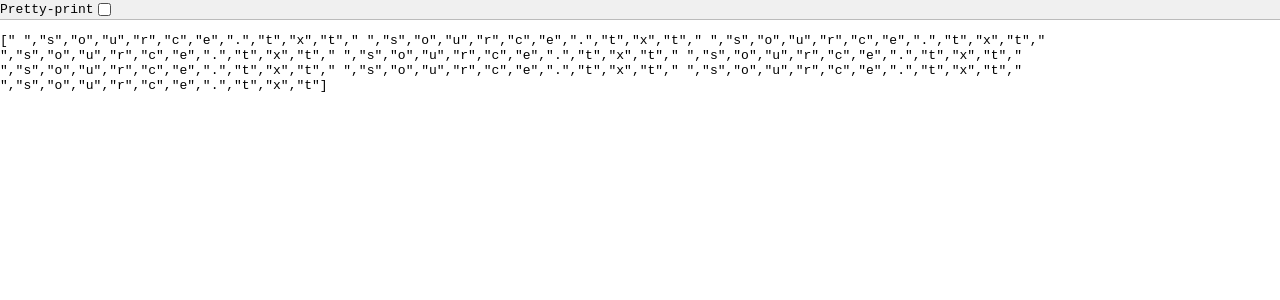
Repository: SamirIngley/CS1.2-Tweet-Gen
Page: http://localhost/
An editor plug-in stored every save of this project. The page is shown before and after the next save, followed by the edit.
The browser window is 1280 px wide. The pictures show the whole page.
The page is served by the project's application, run on Flask 3 (Code/app.py). Other server files are loaded and not shown.

Above is the page before, as saved 2020-02-06 11:23:08.

### Code/app.py

from flask import Flask
from stochastic import stoch
from sample import prob_sample
from histogram import list_hist, tuple_hist
from clean_text import clean
app = Flask(__name__)

@app.route('/')
def hello_world():
    num_words=10
    sentence=[]
    my_file=('source.txt')
    my_histogram=tuple_hist(my_file)
    for i in range(num_words):
        word = prob_sample(my_histogram)
        sentence += ' ' + word
    return sentence

### Code/histogram.py
from clean_text import clean
from benchmark import bench

def tuple_hist(source):
    ''' Fastest - tuples are immutable. List of tuples: [('hello', 3), ('what', 4)]
    Takes text. Stores each item in text, compares each item to the rest of the words in
    text and keeps a running total. Used list account for no repeats.
    '''
    histo = []
    used = []
    text = source.split()
    # text = clean(source)
    # print(text)

    for word in text:
        # see if we've used the word before
        counter = 0
        if word in used:
            continue

        used.append(word)
        for word2 in text:
            if word == word2:
                counter += 1

        instance = (word, counter)
        histo.append(instance)

    # print(histo)
    # print('USED: ', used)
    return histo


def list_hist(source):
    ''' List of lists histogram. [['hello', 1], ['you', 3], ['sir', 4]]
    Takes text. Stores each item in text, compares each item to the rest of the words in
    text and keeps a running total. Used list account for no repeats.
    '''

    histo = []
    used = []

    text = clean(source)

    # print(text)

    for word in text:
        counter = 0
        if word in used:
            continue

        used.append(word)

        for word2 in text: #source to text
            if word == word2:
                counter += 1

        instance = [word, counter]
        histo.append(instance)

    # print(histo)
    return histo

def dict_hist(source):
    ''' Dictionary key value pairs {'hello':1, 'sir':2, 'how':5}
    Takes text. Stores each item in text, compares each item to the rest of the words in
    text and keeps a running total. Used list account for no repeats.'''

    histo_dict = {}
    # used = []

    text = clean(source)
    # print(text)

    for word in text:
        if word in histo_dict:
            histo_dict[word] += 1
        else:
            histo_dict[word] = 1

    # print(histo_dict)
    return histo_dict


def counts_list(source):

    histo = []
    instances = []
    used = []

    text = clean(source)
    # print(text)

    for word in text:
        # check if the word has already been accounted
        if word in used:
            continue

        counter = 0
        used.append(word)
        # for each word in the text if it matches a word in the same text,
        # we have an instance of that word - so increase counter by 1
        for word2 in text:
            if word == word2:
                counter += 1
        # we know the word and we have the occurances stored in counter.
        # create a list instance object with the word and its occurances
        # and append it to the list of word instances.
        instance = [word, counter]
        instances.append(instance)

    used_nums = []
    for item in instances:
        #  check if the word frequency has been accounted for before
        if item[1] in used_nums:
            continue
        used_nums.append(item[1])
        membs = []
        new_instance = (item[1], membs) # this is what an instance of our histogram looks like
        # for one item in our instances we check if the frequency matches
        # any other frequencies in the instances list. if it does we add those to members list
        for item2 in instances:
            if item[1] == item2[1]:
                # print(item2[0])
                membs.append(item2[0])

        histo.append(new_instance)

    # print(histo)
    return histo



def unique_words(histo):
    ''' takes a histogram and returns the number of unique words in it.
    '''
    counter = 0
    for item in histo:
        if type(item[0]) == int: # if the first item is an integer
            for word in item[1]:
                # print(item[1])
                counter += 1
        else:
            # print(item)
            counter += 1
    # print(counter)
    return counter

def frequency(word, histo):
    ''' takes a word and histo, returns the frequency of that word in the histo
    '''
    for item in histo:
        if word in item:
            freq = 0
            if type(item[0]) == int: # if the first item is an integer
                freq = item[0]
            else:
                freq = item[1]
            # print("{} freq: {}".format(word, freq))
            return freq





if __name__ == '__main__':
    # source = 'one fish two fish red fish blue fish'
    listo_histo = list_hist("source.txt")
    print(listo_histo)
    # tuple_histo = tuple_hist(source)
    # print(tuple_histo)
    # print(dict_hist('source.txt'))
    # print(counts_list('source.txt'))
    # print('')
    # print(unique_words(list_hist("source.txt")))
    # print(unique_words(counts_list('source.txt')))
    # print('freq of fish: ', frequency('fish', list_hist("source.txt")))
    # print('freq of tax: ', frequency('tax', list_hist("source.txt")))
    # print('freq of i: ', frequency('i', list_hist("source.txt")))
    # print('benchmark for list hist: ', bench(listo_histo))
    # print('benchmark for dict hist: ', bench(dict_hist('source.txt')))
    # print('benchmark for tuple hist: ', bench(tuple_histo))

### Code/sample.py
from stochastic import stoch
from histogram import list_hist
import random

def prob_sample(histo):
    ''' Input a histogram. Output a randomly chosen word from the histogram
    relative to its frequency.
    '''

    words = stoch(histo)
    # print(words)

    dart = random.randint(0, 100)
    counter = 0

    print(words)
    print(dart)


    for pair in words:   # pair = word, freq in percent

        print(counter)
        print(pair)
        counter += pair[1]  # since words already in percent - we just keep adding til we hit the dart
        word = pair[0]
        if counter >= dart:
            return word


if __name__ == "__main__" :
    listo_histo = list_hist("source.txt")
    # dicto_histo = dict_hist("source.txt")
    # print(dicto_histo)
    print(prob_sample(listo_histo))
    # print(prob_sample(dicto_histo))

### Code/stochastic.py
import random
from histogram import unique_words, frequency, list_hist

def stoch(histo):
    ''' Lists  list_hist
    Stochastic sampling means taking an element from a given collection at random
    This returns a list of percentages of word frequencies in a histogram
    '''

    percentages = []

    total_wc = 0    # total word count
    for item in histo:
        total_wc += int(item[1])

    for item in histo:
        percent = (item[1] / total_wc) * 100   # calculate percentage based on freq / total
        instance = (item[0], percent)
        percentages.append(instance)

    return percentages




if __name__ == "__main__":
    listo_histo = list_hist("source.txt")
    print(stoch(listo_histo))

### Code/source.txt
Do you like green eggs and ham?

I do not like them, Sam-I-am.
I do not like green eggs and ham!

Would you like them here or there?

I would not like them here or there.
I would not like them anywhere.

I do so like green eggs and ham!
Thank you! Thank you,
Sam-I-am!

### Code/clean_text.py


def clean(source):
    ''' Returns individual strings without certain punctuation . Can return sentences. '''
    clean = []
    # opens and closes file properly
    with open(source) as file:
        word_list = (file.read().split())
        # print(word_list)

        # removes punctuation and makes all lowercase
        punctuations = '''()[]{};:'"\<>/?@#$%^&*_~.!,'''
        # removed punct: -

        for word in word_list:
            string = []
            for char in word:
                if char not in punctuations:
                    string += char.lower() # lowercase char added to string
                # elif char == '...':
                #     string += (' ')
            string = ''.join(string)            # chars joined together
            clean.append(string)                # individual strings added to clean ['blah', 'blah', ...]
        # clean = ' '.join(clean)               # turns into one big string

    # print(clean)
    return clean

if __name__ == '__main__':
    clean("source.txt")

After the next save:
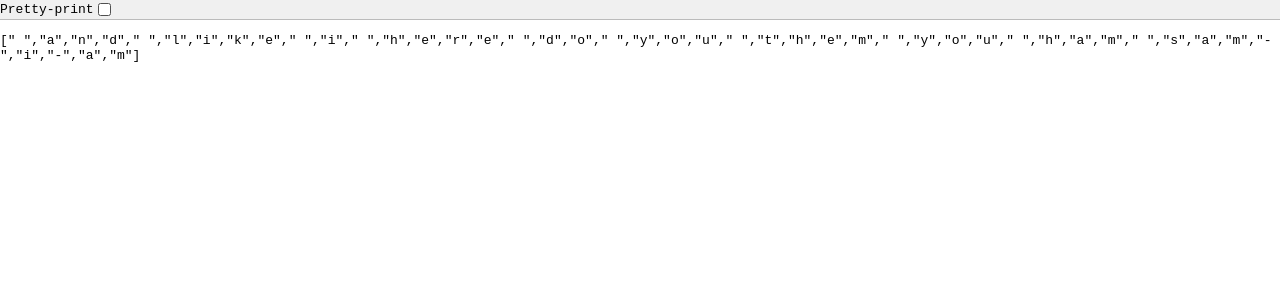
Saved 5 s later.
--- a/Code/app.py
+++ b/Code/app.py
@@ -11,7 +11,7 @@ def hello_world():
     num_words=10
     sentence=[]
     my_file=('source.txt')
-    my_histogram=tuple_hist(my_file)
+    my_histogram=list_hist(my_file)
     for i in range(num_words):
         word = prob_sample(my_histogram)
         sentence += ' ' + word
